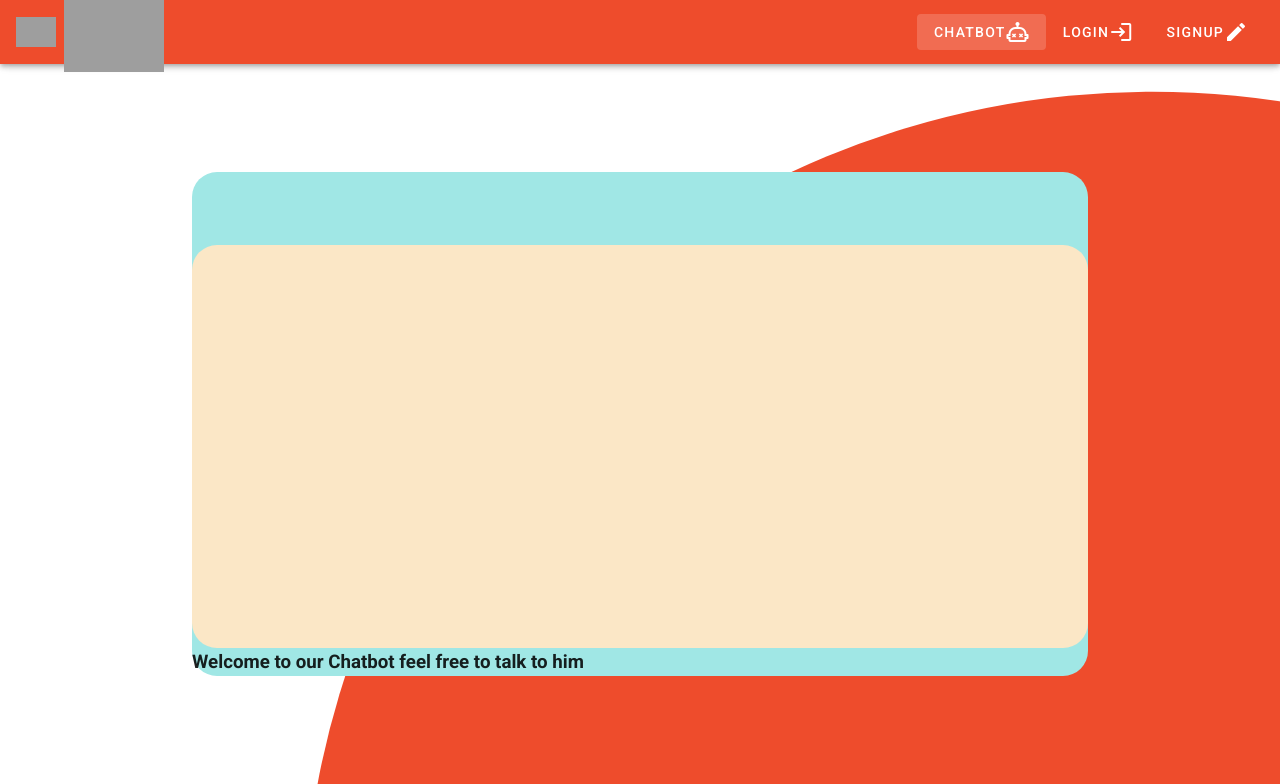
Repository: atout811/pyTorch-Hackathon
Page: /chatbot (app in frontend/)
An editor plug-in stored every save of this project. The page is shown before and after the next save, followed by the edit.
The browser window is 1280 px wide. The pictures show the whole page.
Pictures or frames that could not be fetched are drawn as grey boxes. The project was rebuilt for these pictures with package versions that can differ from the ones it lists, and the page was loaded fresh each time. Also part of the build but not shown: frontend/vue.config.js, frontend/src/views/Home.vue.

Above is the page before, as saved 2021-10-21 14:58:35.

After the next save:
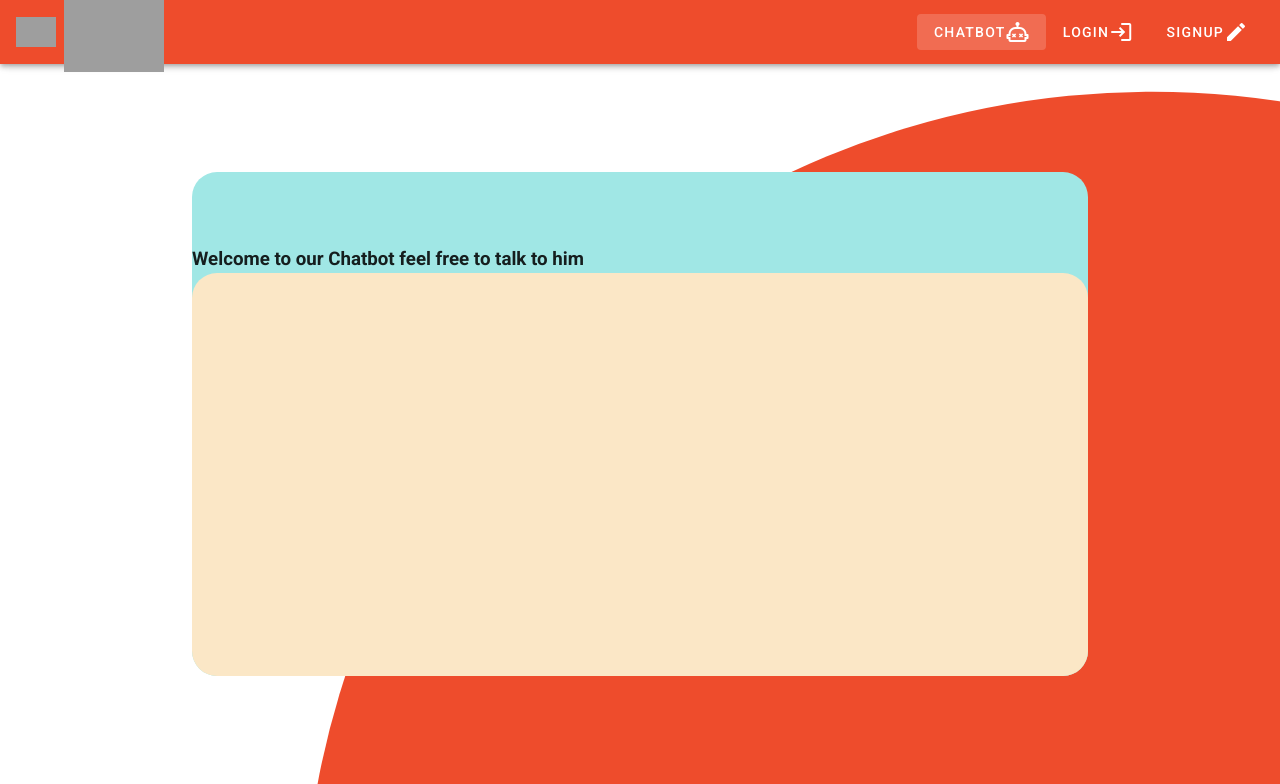
Saved 5 s later.
--- a/frontend/src/views/Chatbot.vue
+++ b/frontend/src/views/Chatbot.vue
@@ -1,8 +1,8 @@
 <template>
   <div class="baba">
     <div class="container">
+      <h3>Welcome to our Chatbot feel free to talk to him</h3>
       <div class="chat-container"></div>
-      <h3>Welcome to our Chatbot feel free to talk to him</h3>
     </div>
   </div>
 </template>
